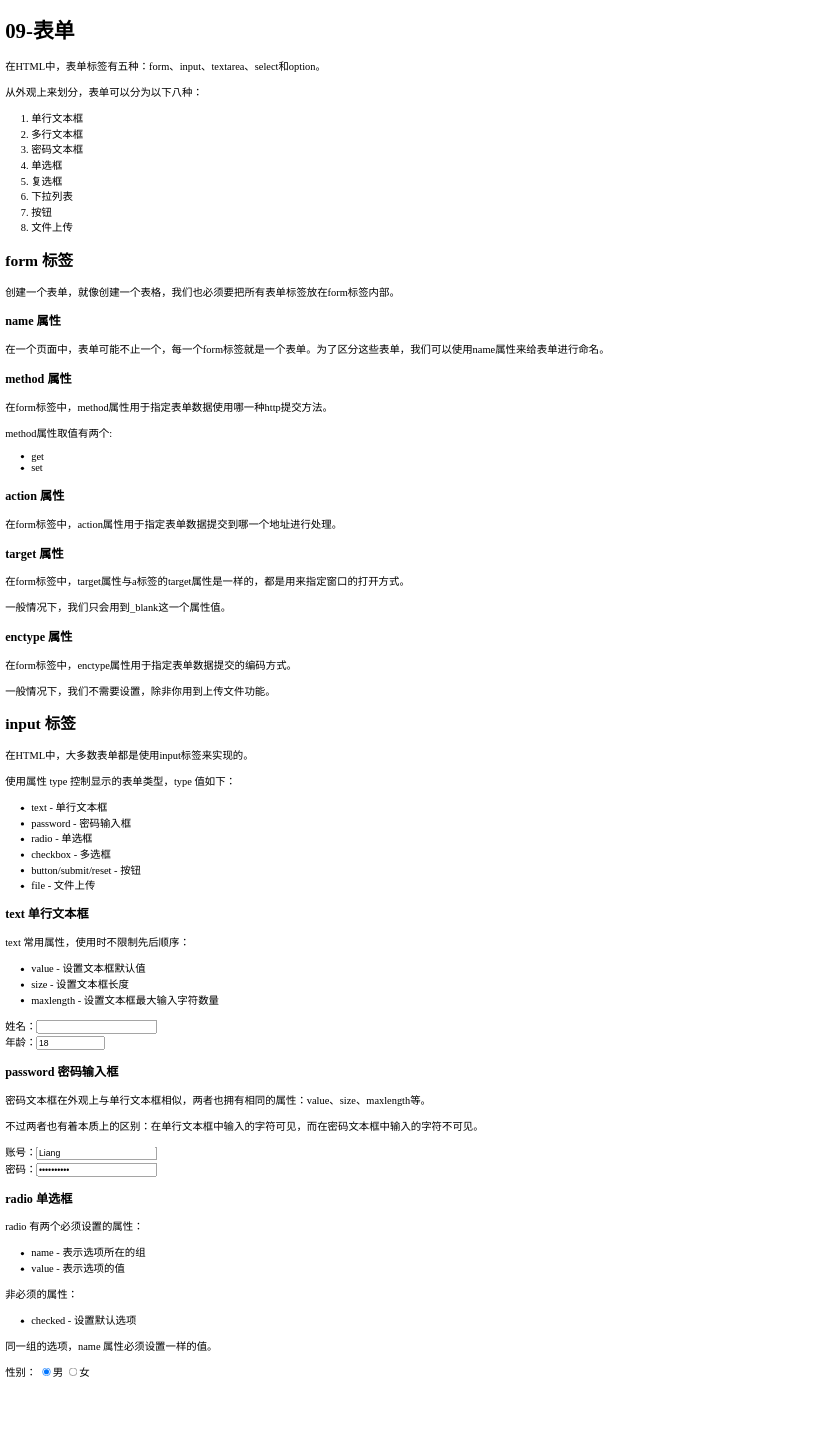
Repository: liang-n/front-end-basics
Page: 09-表单.html
An editor plug-in stored every save of this project. The page is shown before and after a run of saves, followed by the edit.
The browser window is 1280 px wide. The pictures show the whole page, at 65% of full size.

Above is the page before, as saved 2022-05-15 17:08:06.

After the next 2 saves:
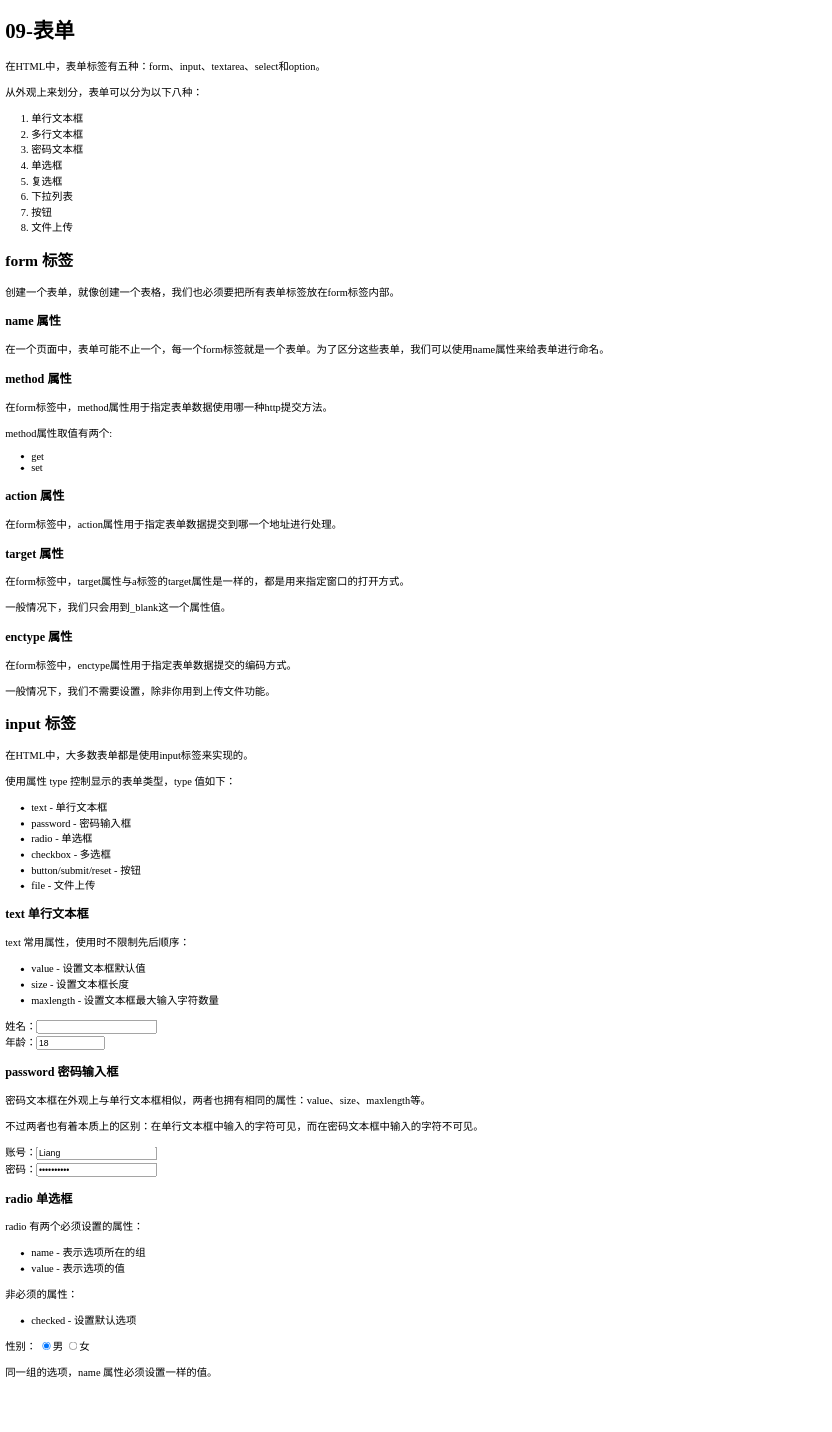
The 2 saves are shown as one change because they came seconds apart.
The last was saved 22 s later.
--- a/09-表单.html
+++ b/09-表单.html
@@ -89,12 +89,12 @@
     <ul>
         <li>checked - 设置默认选项</li>
     </ul>
-    <p>同一组的选项，name 属性必须设置一样的值。</p>
     <form method="post">
         性别：
         <input type="radio" name="gender" value="0" checked>男
         <input type="radio" name="gender" value="1">女
     </form>
+    <p>同一组的选项，name 属性必须设置一样的值。</p>
 
     <h3></h3>
 </body>
